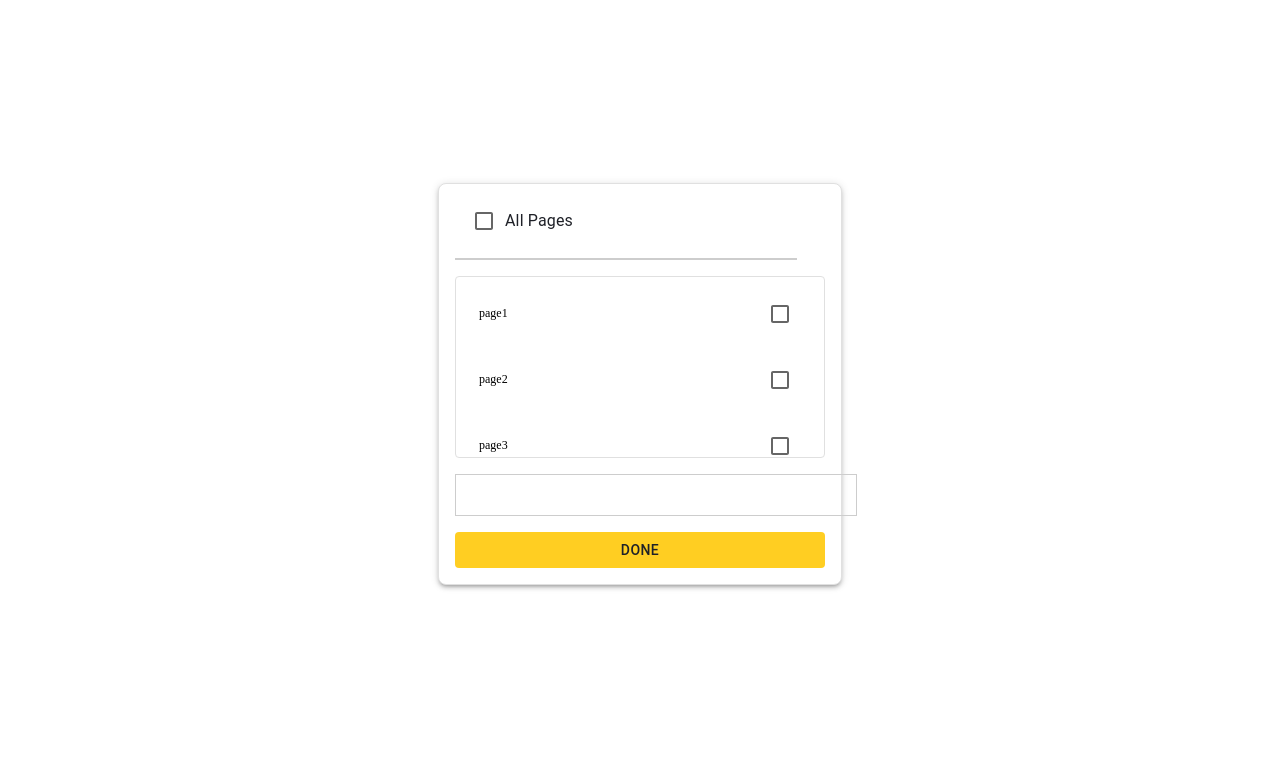
Repository: Tabishhaider72/Ellty-Test
Page: /
The author's editor kept a copy of each file at every save. The page is drawn from the files as they stood at one save, then again after the next save.
The browser window is 1280 px wide. The pictures show the whole page.
The project was rebuilt for these pictures with package versions that can differ from the ones it lists, and the page was loaded fresh each time. Also part of the build but not shown: vite.config.js, src/index.css.

Above is the page before, as saved 2024-08-28 15:16:34.

After the next save:
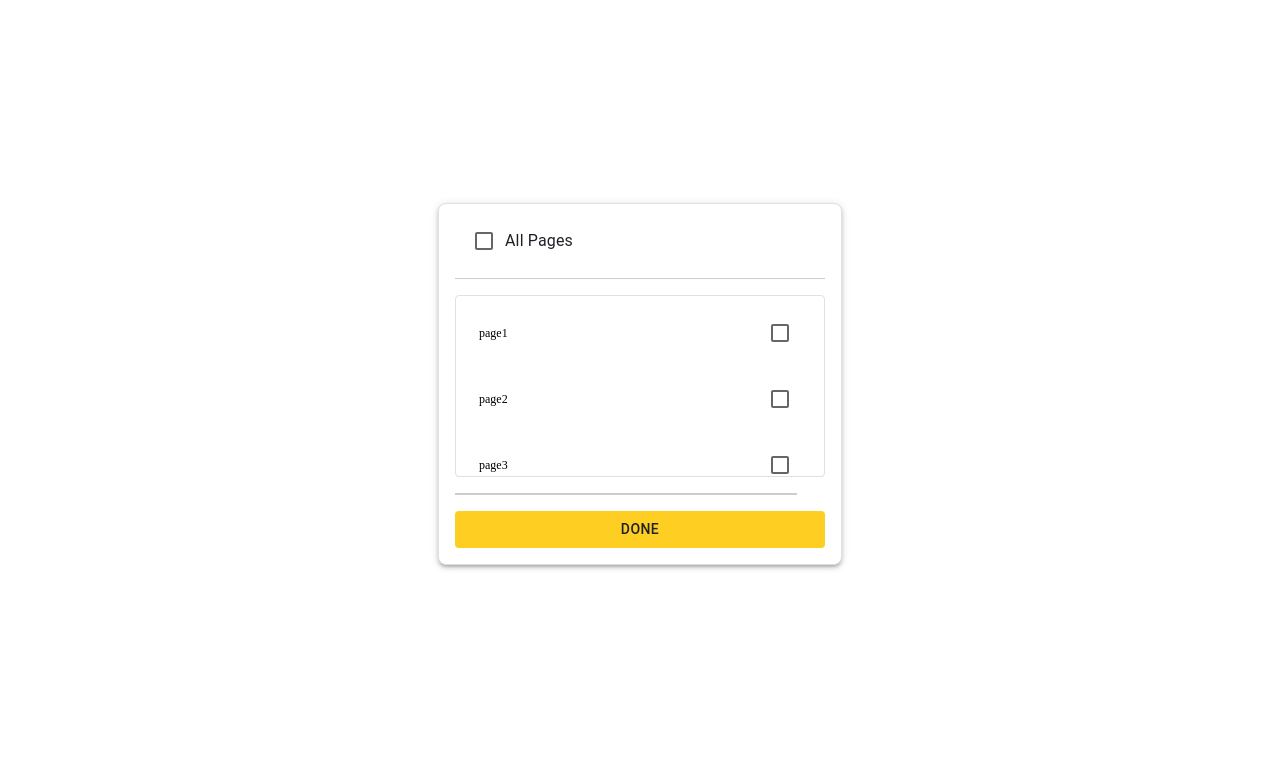
Saved 101 s later.
--- a/src/App.jsx
+++ b/src/App.jsx
@@ -80,17 +80,13 @@ function PageSelector() {
             />
           </Box>
         </Box>
-
-        {/* Added horizontal line */}
         <Box
           sx={{
-            width: 340,
-            height: 0,
-            border: '0.7px solid #CDCDCD',
+            width: '100%',
+            borderBottom: '0.7px solid #CDCDCD',
             mb: 2,
           }}
         />
-
         <Box
           sx={{
             overflowY: 'auto',
@@ -124,22 +120,18 @@ function PageSelector() {
             </Box>
           ))}
         </Box>
-
-        {/* Added horizontal line with styling */}
+        {/* Added line */}
         <Box
           sx={{
-            display: 'flex',
-            flexDirection: 'row',
-            alignItems: 'flex-start',
-            padding: '10px 15px',
-            gap: 10,
-            width: 370,
-            height: 20,
+            width: 340,
+            height: 0,
             border: '0.7px solid #CDCDCD',
             mb: 2,
+            flex: 'none',
+            order: 0,
+            flexGrow: 0,
           }}
         />
-
         <Box sx={{ mt: 'auto' }}>
           <Button
             variant="contained"
